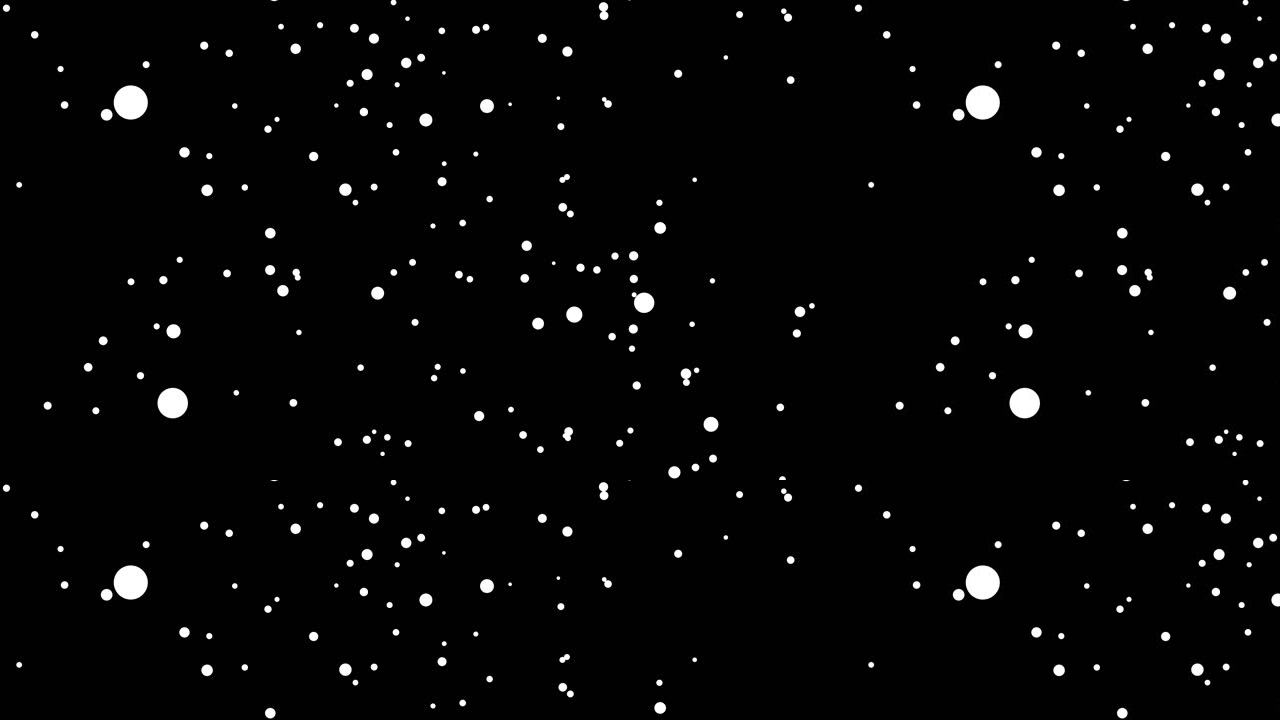
Repository: sylleryum/Frontend
Page: GetTopTracks/index.html
These files come from the project's save history. The page is drawn as it stood at one moment and after the next save; the edit follows.
The browser window is 1280 px wide. The pictures show the whole page.

Above is the page before, as saved 2019-10-13 13:40:21.

### GetTopTracks/index.html
<!doctype html>
<html lang="en">
  <head>
    <title>Get top tracks from Artists and albums</title>
    <!-- Required meta tags -->
    <meta charset="utf-8">
    <meta name="viewport" content="width=device-width, initial-scale=1, shrink-to-fit=no">

    <!-- Bootstrap CSS -->
    <link rel="stylesheet" href="https://stackpath.bootstrapcdn.com/bootstrap/4.3.1/css/bootstrap.min.css" integrity="sha384-ggOyR0iXCbMQv3Xipma34MD+dH/1fQ784/j6cY/iJTQUOhcWr7x9JvoRxT2MZw1T" crossorigin="anonymous">

    <!-- main CSS-->
    <link rel="stylesheet" href="style.css">

  </head>
  <body>
      <div class="container-fluid background-master height-100">
          <div class="row">
               <div></div>
          </div>
      </div>








    <!-- Optional JavaScript -->
    <!-- jQuery first, then Popper.js, then Bootstrap JS -->
    <script src="https://code.jquery.com/jquery-3.3.1.slim.min.js" integrity="sha384-q8i/X+965DzO0rT7abK41JStQIAqVgRVzpbzo5smXKp4YfRvH+8abtTE1Pi6jizo" crossorigin="anonymous"></script>
    <script src="https://cdnjs.cloudflare.com/ajax/libs/popper.js/1.14.7/umd/popper.min.js" integrity="sha384-UO2eT0CpHqdSJQ6hJty5KVphtPhzWj9WO1clHTMGa3JDZwrnQq4sF86dIHNDz0W1" crossorigin="anonymous"></script>
    <script src="https://stackpath.bootstrapcdn.com/bootstrap/4.3.1/js/bootstrap.min.js" integrity="sha384-JjSmVgyd0p3pXB1rRibZUAYoIIy6OrQ6VrjIEaFf/nJGzIxFDsf4x0xIM+B07jRM" crossorigin="anonymous"></script>
  </body>
</html>

### GetTopTracks/style.css
.background-master{
     background: url(images/back.jpg) repeat;
}

.height-100{
     min-height: 100vh;
 }

After the next save:
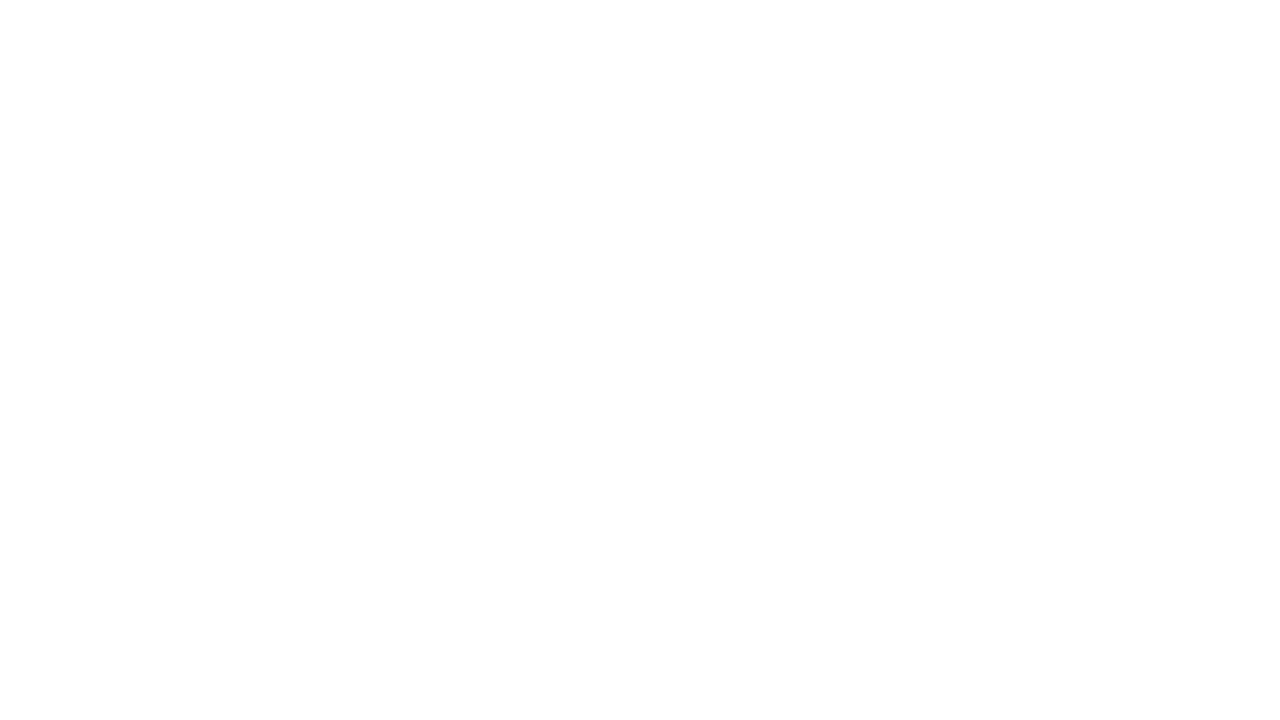
Saved 3 min 2 s later.
--- a/GetTopTracks/style.css
+++ b/GetTopTracks/style.css
@@ -2,6 +2,6 @@
      background: url(images/back.jpg) repeat;
 }
 
-.height-100{
+.h-100{
      min-height: 100vh;
  }

After the save that followed:
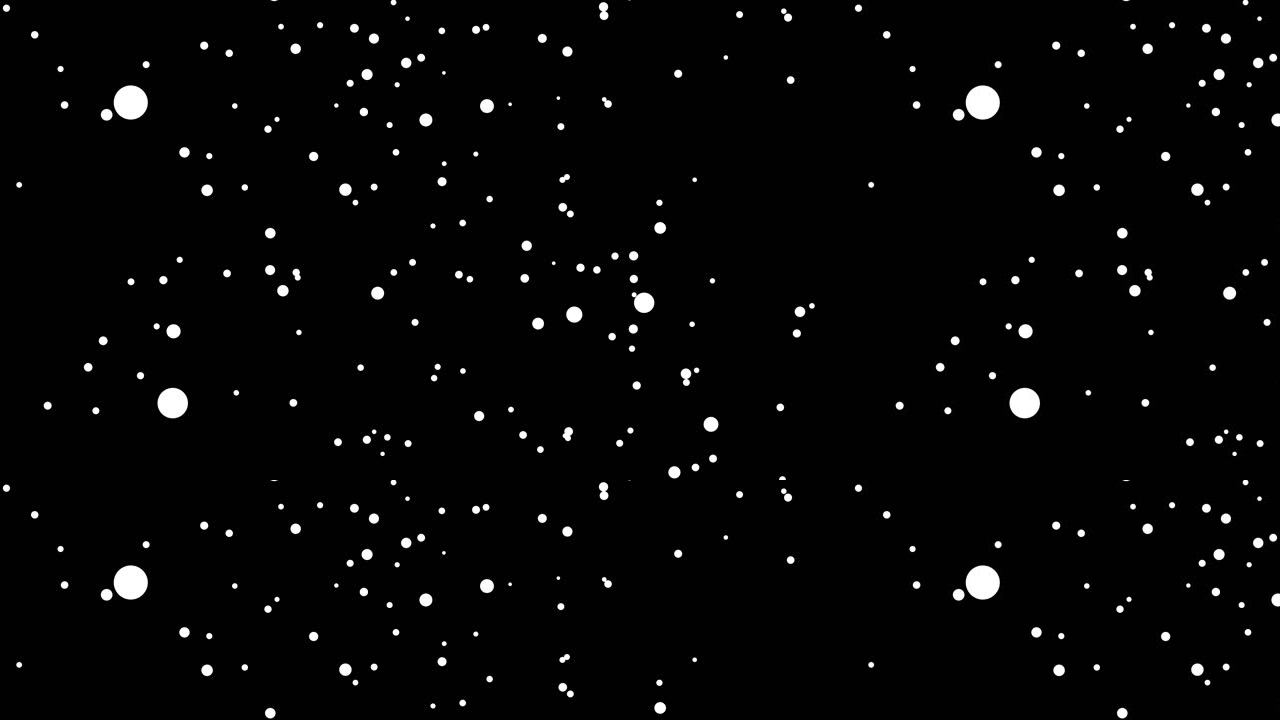
Saved 8 s later.
--- a/GetTopTracks/index.html
+++ b/GetTopTracks/index.html
@@ -14,7 +14,7 @@
 
   </head>
   <body>
-      <div class="container-fluid background-master height-100">
+      <div class="container-fluid background-master h-100">
           <div class="row">
                <div></div>
           </div>
